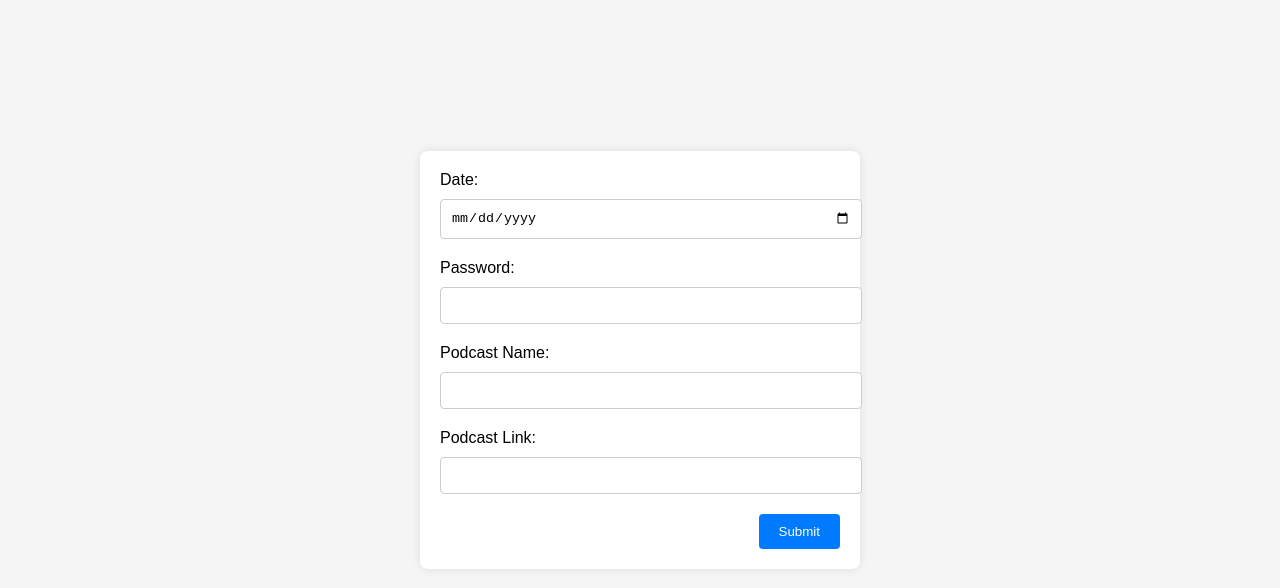
Repository: fechinmitchell/thedailyonepercent
Page: form.html
The author's editor kept a copy of each file at every save. The page is drawn from the files as they stood at one save, then again after the next save.
The browser window is 1280 px wide. The pictures show the whole page.

Above is the page before, as saved 2023-06-21 21:30:32.

### form.html
<!DOCTYPE html>
<html>
<head>
  <link rel="stylesheet" type="text/css" href="popup.css">
</head>
<body>
  <form id="podcast-form">
    <label for="date">Date:</label>
    <input type="date" id="date" name="date" required>

    <label for="password">Password:</label>
    <input type="password" id="password" name="password" required>

    <label for="podcastName">Podcast Name:</label>
    <input type="text" id="podcastName" name="podcastName" required>

    <label for="podcastLink">Podcast Link:</label>
    <input type="text" id="podcastLink" name="podcastLink" required>

    <button type="button" id="submit">Submit</button>
  </form>
  <script src="form.js"></script>
</body>
</html>

### popup.css
body {
  background-color: #f5f5f5;
  font-family: Arial, sans-serif;
  display: flex;
  justify-content: center;
  align-items: center;
  height: 100vh;
  margin: 0;
}

#podcast-form {
  background-color: white;
  padding: 20px;
  border-radius: 8px;
  box-shadow: 0px 0px 10px rgba(0,0,0,0.1);
  width: 400px;
}

#podcast-form label {
  display: block;
  margin-bottom: 10px;
}

#podcast-form input {
  width: 100%;
  padding: 10px;
  margin-bottom: 20px;
  border-radius: 4px;
  border: 1px solid #ccc;
}

#podcast-form button {
  float: right;
  background-color: #007BFF;
  color: white;
  border: none;
  border-radius: 4px;
  padding: 10px 20px;
  cursor: pointer;
}

#podcast-form button:hover {
  background-color: #0056b3;
}

### form.js
document.getElementById('submit').addEventListener('click', function() {
    var password = document.getElementById('password').value;

    if (password === 'your_password_here') {
      var date = document.getElementById('date').value;
      var newPodcastName = document.getElementById('podcastName').value;
      var newPodcastLink = document.getElementById('podcastLink').value;

      // Use the date as the key instead of the current day of the month
      localStorage.setItem(date, JSON.stringify({ name: newPodcastName, link: newPodcastLink }));
      alert("Podcast info saved for " + date + "!");
    } else {
      alert("Invalid password!");
    }
  });

After the next save:
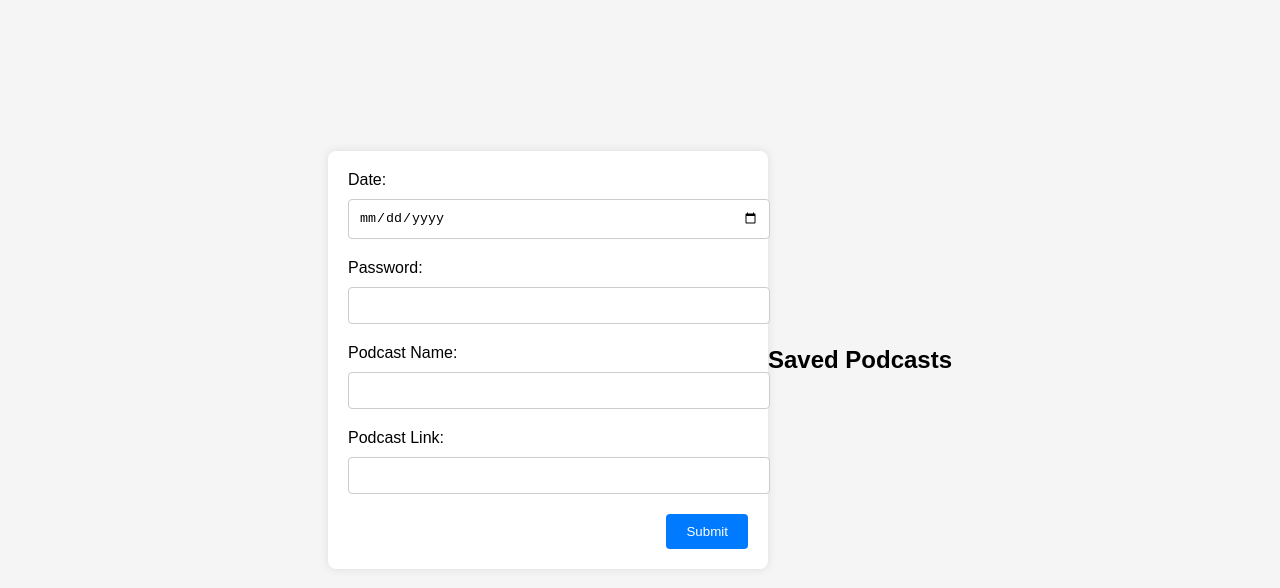
Saved 25 s later.
--- a/form.html
+++ b/form.html
@@ -19,6 +19,12 @@
 
     <button type="button" id="submit">Submit</button>
   </form>
+  <div id="podcast-list">
+    <h2>Saved Podcasts</h2>
+    <ul id="podcast-list-items">
+      <!-- Podcast items will be appended here -->
+    </ul>
+  </div>
   <script src="form.js"></script>
 </body>
 </html>
